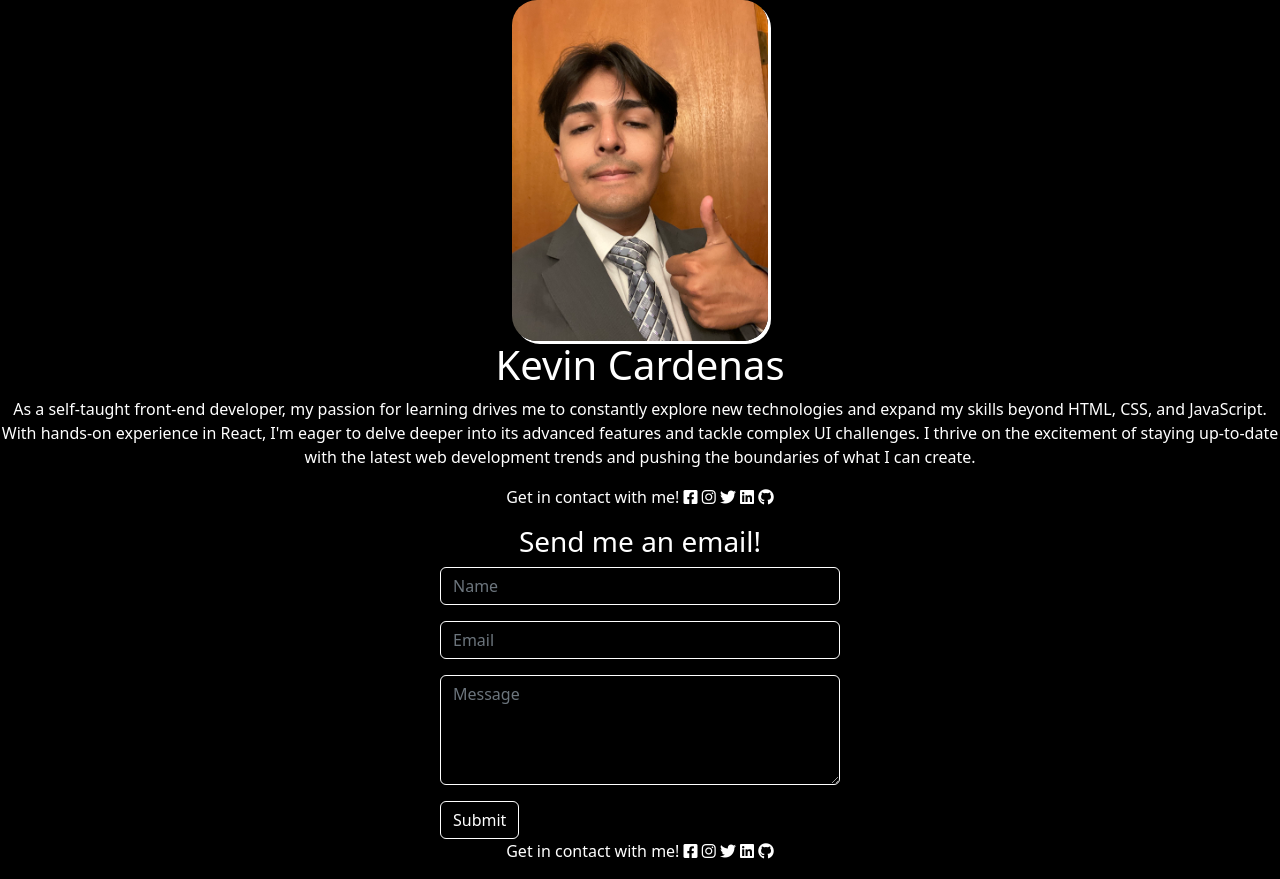
Repository: elqueben/elqueben.github.io
Page: public/index.html
An editor plug-in stored every save of this project. The page is shown before and after the next save, followed by the edit.
The browser window is 1280 px wide. The pictures show the whole page.

Above is the page before, as saved 2023-06-20 12:24:46.

After the next save:
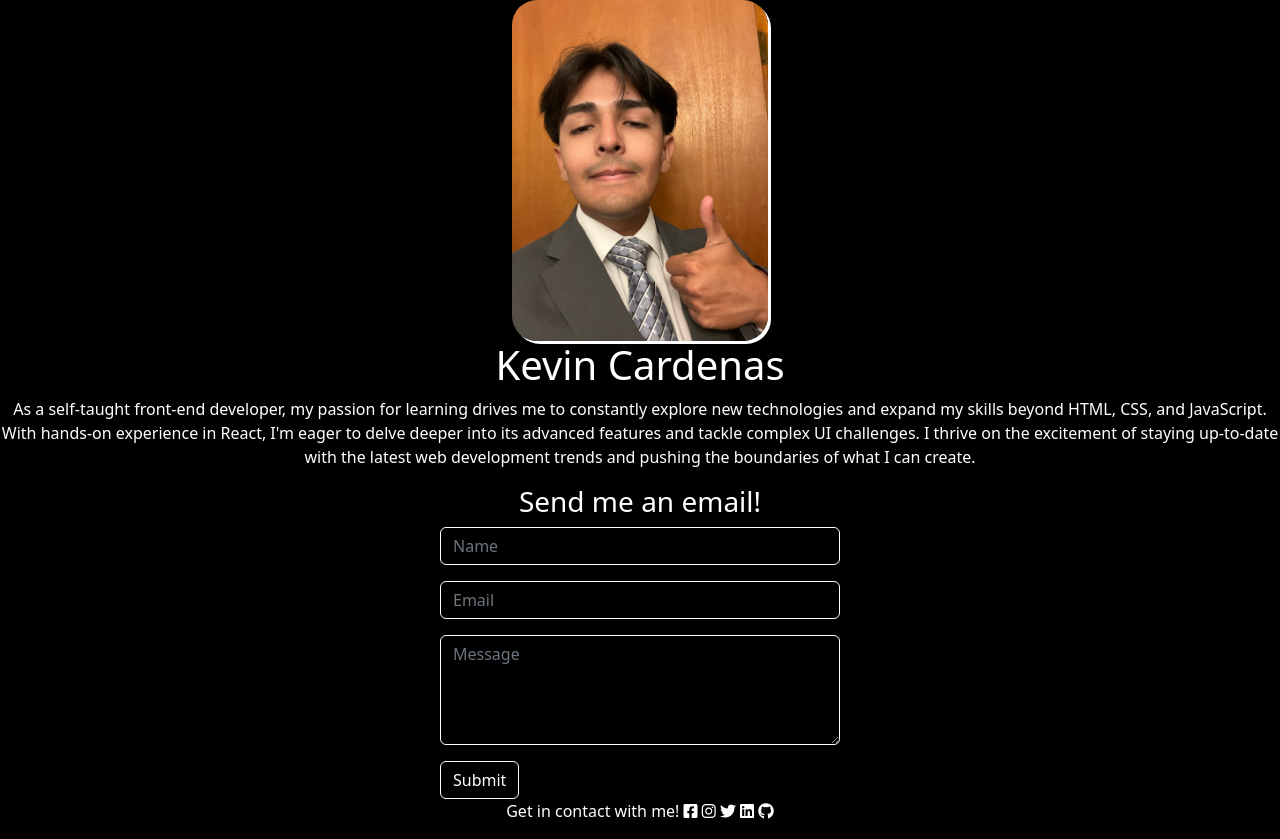
Saved 7 s later.
--- a/public/index.html
+++ b/public/index.html
@@ -15,15 +15,6 @@
   <div>
   <h1 class="text-center">Kevin Cardenas</h1>
   <p class="text-center">As a self-taught front-end developer, my passion for learning drives me to constantly explore new technologies and expand my skills beyond HTML, CSS, and JavaScript. With hands-on experience in React, I'm eager to delve deeper into its advanced features and tackle complex UI challenges. I thrive on the excitement of staying up-to-date with the latest web development trends and pushing the boundaries of what I can create.</p>
-  </div>
-  <div class="text-center">
-    <p>Get in contact with me!
-      <a href="https://www.facebook.com/eselqueben/" target="_blank"><i class="fa fa-brands fa-square-facebook"></i></a>
-      <a href="https://www.instagram.com/elqueben/" target="_blank"><i class="fa fa-brands fa-instagram"></i></a>
-      <a href="https://twitter.com/eselqueben" target="_blank"><i class="fa fa-brands fa-twitter"></i></a>
-      <a href="https://www.linkedin.com/in/elqueben/" target="_blank"><i class="fa fa-brands fa-linkedin"></i></a>
-      <a href="https://github.com/elqueben" target="_blank"><i class="fa fa-brands fa-github"></i></a>
-    </p>
   </div>
   <div>
     <div>
